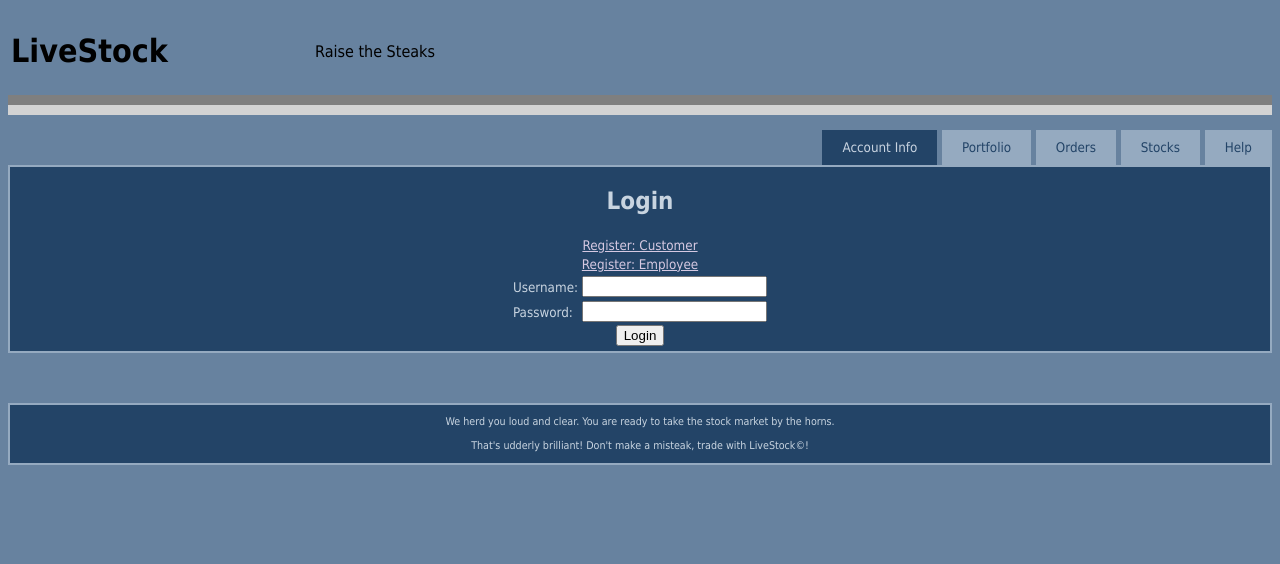
Repository: yastapova/live-stock
Page: LiveStockSite/WebContent/WEB-INF/cust_acc_info.html
The author's editor kept a copy of each file at every save. The page is drawn from the files as they stood at one save, then again after the next save.
The browser window is 1280 px wide. The pictures show the whole page.

Above is the page before, as saved 2016-04-19 22:58:14.

### LiveStockSite/WebContent/WEB-INF/cust_acc_info.html
<!DOCTYPE html>
<html>
<head>
	<meta charset="ISO-8859-1">
	<title>LiveStock Trading | Customer Account</title>
	<link rel="stylesheet" href="gen.css" />
</head>
<body>
	<div class="header">
	<table>
		<tr>
			<td width='300px'><h1>LiveStock</h1></td>
			<td width='300px'><p>Raise the Steaks</p></td>
		</tr>
	</table>
	</div>
	<div class="menu" align="right">
	<a href="cust_acc_info.html" class="active">Account Info</a>
	<a href="cust_portfolio.html">Portfolio</a>
	<a href="cust_orders.html">Orders</a>
	<a href="cust_stocks.html">Stocks</a>
	<a href="cust_help.html">Help</a>
	</div>
	<div class="body" align="center">
		<h2>Login</h2>
		<a href="register_cus.html">Register: Customer</a> <br />
		<a href="register_emp.html">Register: Employee</a>
		<form>
			<table>
				<tr>
					<td><span class="formlabel">Username:</span></td>
					<td><input id="usrn" name="username" type="text" /></td>
				</tr>
				<tr>
					<td><span class="formlabel">Password:</span></td>
					<td><input id="pw" name="password" type="password" /></td>
				</tr>
			</table>
			<input type="submit" value="Login">
		</form>
	</div>

	<div class="footer">
	<p>We herd you loud and clear. You are ready to take the stock market by the horns.</p>
	<p>That's udderly brilliant! Don't make a misteak, trade with LiveStock&copy;!</p>
	</div>
</body>
</html>

### LiveStockSite/WebContent/WEB-INF/gen.css
@CHARSET "ISO-8859-1";

body {
	background-color: #67829F;
	font-family: Tahoma;
}
a {
	font-size: 10pt;
}
.body a:link {
	color: #D6C9E2;
}
.body a:visited {
	color: #896AA4;
}
.body a:hover {
	color: #D6C9E2;
}
.formlabel {
	font-size: 10pt;
}
.header {
	border-bottom-style: groove;
	border-bottom-width: 20px;
	border-bottom-color: lightgrey;
	margin-bottom: 15px;
}
.body {
	padding-left: 5px;
	padding-right: 5px;
	padding-bottom: 5px;
	background-color: #234467;
	border-style: solid;
	border-width: 2px;
	border-color: #95AAC0;
	color: #C8D4E0;
}
.footer {
	text-align: center;
	margin-top: 50px;
	padding-left: 5px;
	padding-right: 5px;
	background-color: #234467;
	border-style: solid;
	border-width: 2px;
	border-color: #95AAC0;
	color: #C8D4E0;
}
.footer p {
	font-size: 8pt;
}
.menu a, a:visited {
	background-color: #95AAC0;
	color: #234467;
	padding: 10px 20px;
	text-align: center;
	text-decoration: none;
	display: inline-block;
}
.menu a:hover {
	background-color: #234467;
	color: #C8D3E0;
}
.menu a.active {
	background-color: #234467;
	color: #C8D3E0;
}

After the next save:
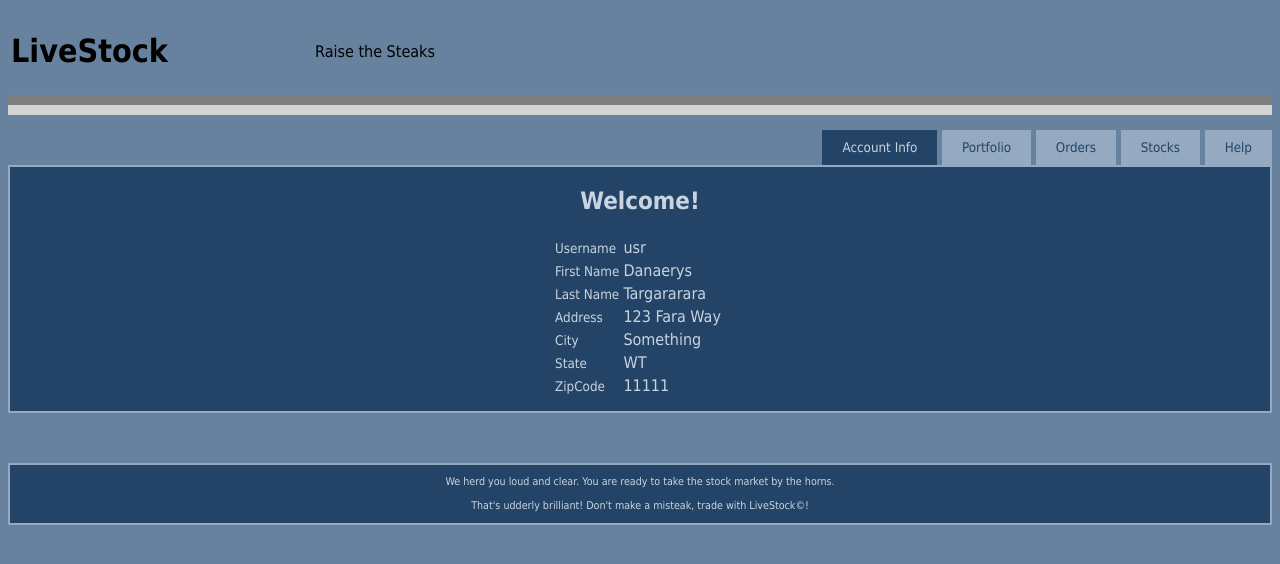
Saved 7 min 36 s later.
--- a/LiveStockSite/WebContent/WEB-INF/cust_acc_info.html
+++ b/LiveStockSite/WebContent/WEB-INF/cust_acc_info.html
@@ -22,22 +22,54 @@
 	<a href="cust_help.html">Help</a>
 	</div>
 	<div class="body" align="center">
-		<h2>Login</h2>
-		<a href="register_cus.html">Register: Customer</a> <br />
-		<a href="register_emp.html">Register: Employee</a>
-		<form>
-			<table>
-				<tr>
-					<td><span class="formlabel">Username:</span></td>
-					<td><input id="usrn" name="username" type="text" /></td>
-				</tr>
-				<tr>
-					<td><span class="formlabel">Password:</span></td>
-					<td><input id="pw" name="password" type="password" /></td>
-				</tr>
-			</table>
-			<input type="submit" value="Login">
-		</form>
+		<h2>Welcome!</h2>
+		<table>
+			<tr>
+				<td><span class="formlabel">Username</span></td>
+				<td><span class="accinfo">usr</span></td>
+				<td></td>
+			</tr>
+			<tr>
+				<td><span class="formlabel">First Name</span></td>
+				<td><span class="accinfo">Danaerys</span></td>
+				<td></td>
+			</tr>
+			<tr>
+				<td><span class="formlabel">Last Name</span></td>
+				<td><span class="accinfo">Targararara</span></td>
+				<td></td>
+			</tr>
+			<tr>
+				<td><span class="formlabel">Address</span></td>
+				<td><span class="accinfo">123 Fara Way</span></td>
+				<td></td>
+			</tr>
+			<tr>
+				<td><span class="formlabel">City</span></td>
+				<td><span class="accinfo">Something</span></td>
+				<td></td>
+			</tr>
+			<tr>
+				<td><span class="formlabel">State</span></td>
+				<td><span class="accinfo">WT</span></td>
+				<td></td>
+			</tr>
+			<tr>
+				<td><span class="formlabel">ZipCode</span></td>
+				<td><span class="accinfo">11111</span></td>
+				<td></td>
+			</tr>
+			<tr>
+				<td><span class="formlabel"></span></td>
+				<td><span class="accinfo"></span></td>
+				<td></td>
+			</tr>
+			<tr>
+				<td><span class="formlabel"></span></td>
+				<td><span class="accinfo"></span></td>
+				<td></td>
+			</tr>
+		</table>
 	</div>
 
 	<div class="footer">
